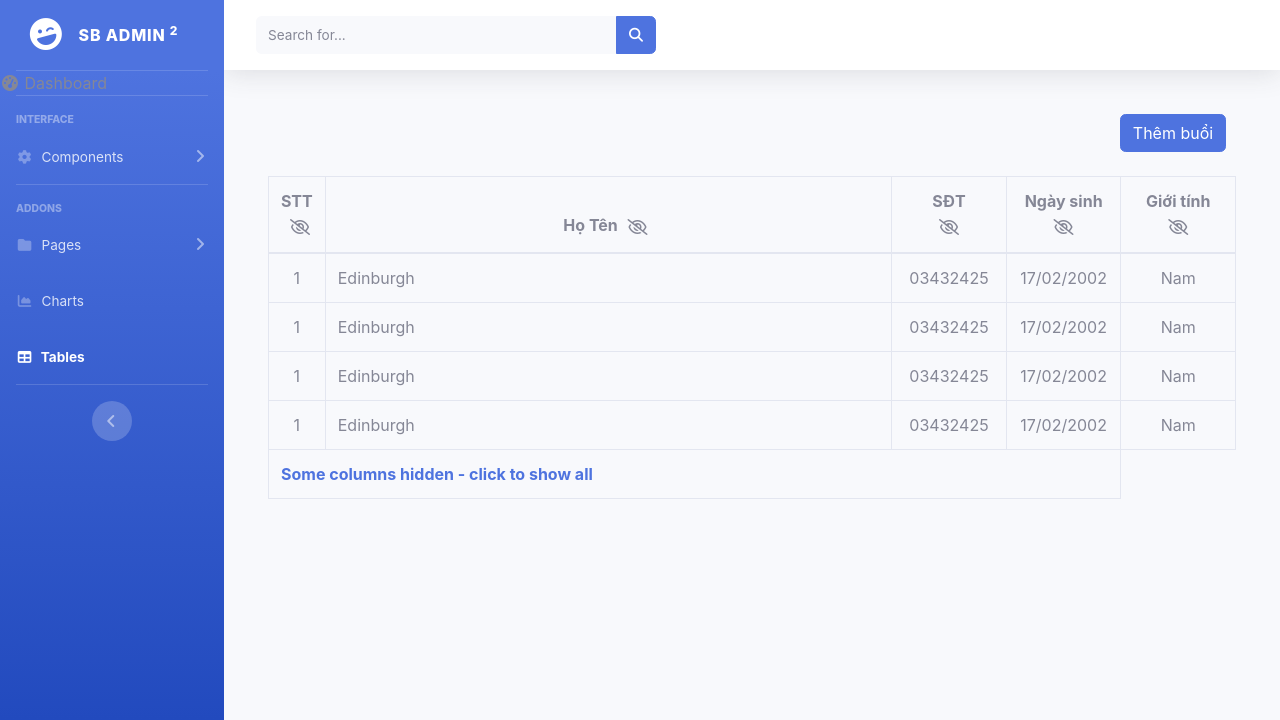
Repository: huyennvo/WebCiTEdu
Page: index.html
The author's editor kept a copy of each file at every save. The page is drawn from the files as they stood at one save, then again after the next save.
The browser window is 1280 px wide. The pictures show the whole page.
Some web libraries are served in a nearby version.

Above is the page before, as saved 2022-07-30 10:05:38.

After the next save:
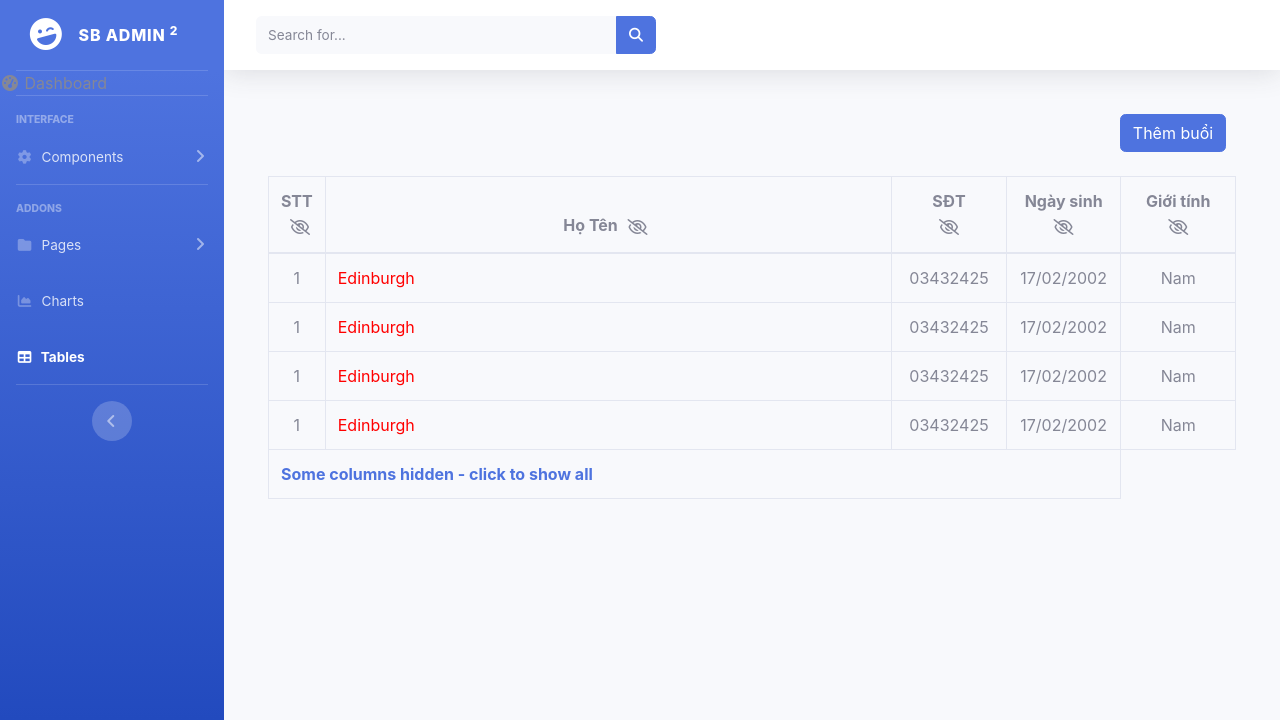
Saved 37 s later.
--- a/index.html
+++ b/index.html
@@ -56,7 +56,7 @@
     }
     .hoTen {
         text-align: left;
-        max-width: 5vw;
+        color: red;
     }
 
 </style>

After the save that followed:
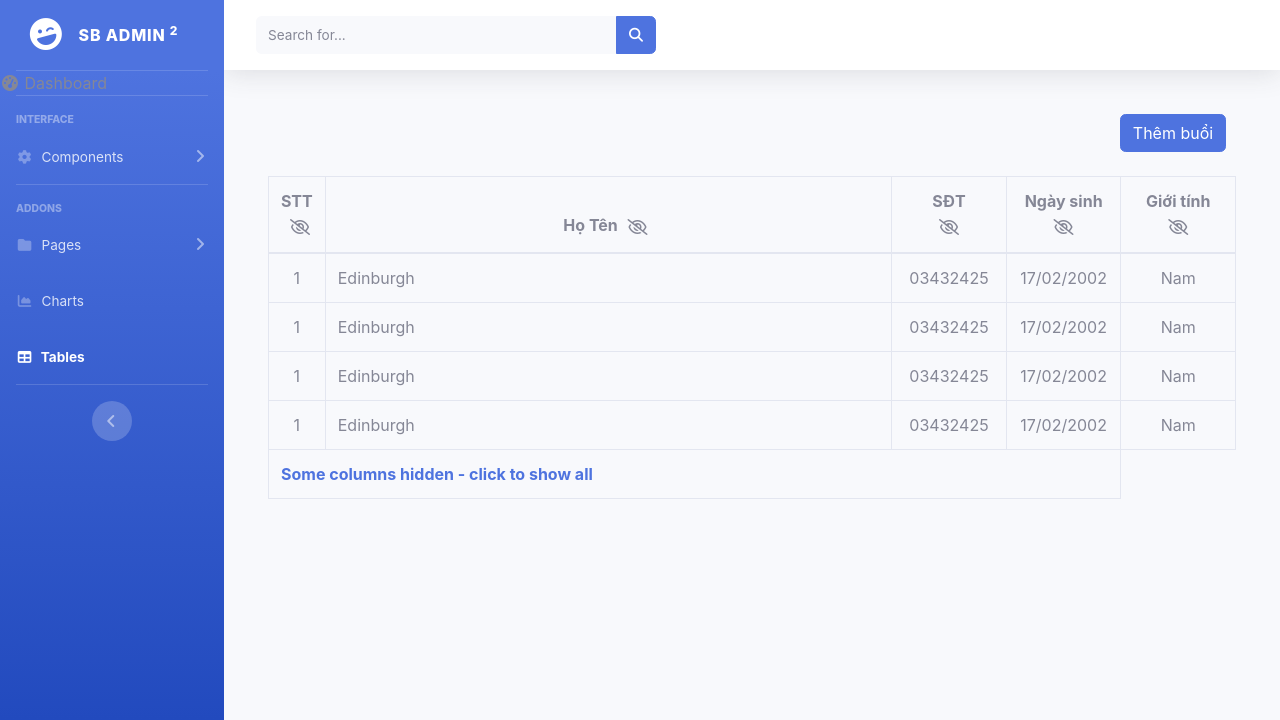
Saved 15 s later.
--- a/index.html
+++ b/index.html
@@ -56,7 +56,7 @@
     }
     .hoTen {
         text-align: left;
-        color: red;
+        max-width: 5vw !important;
     }
 
 </style>
